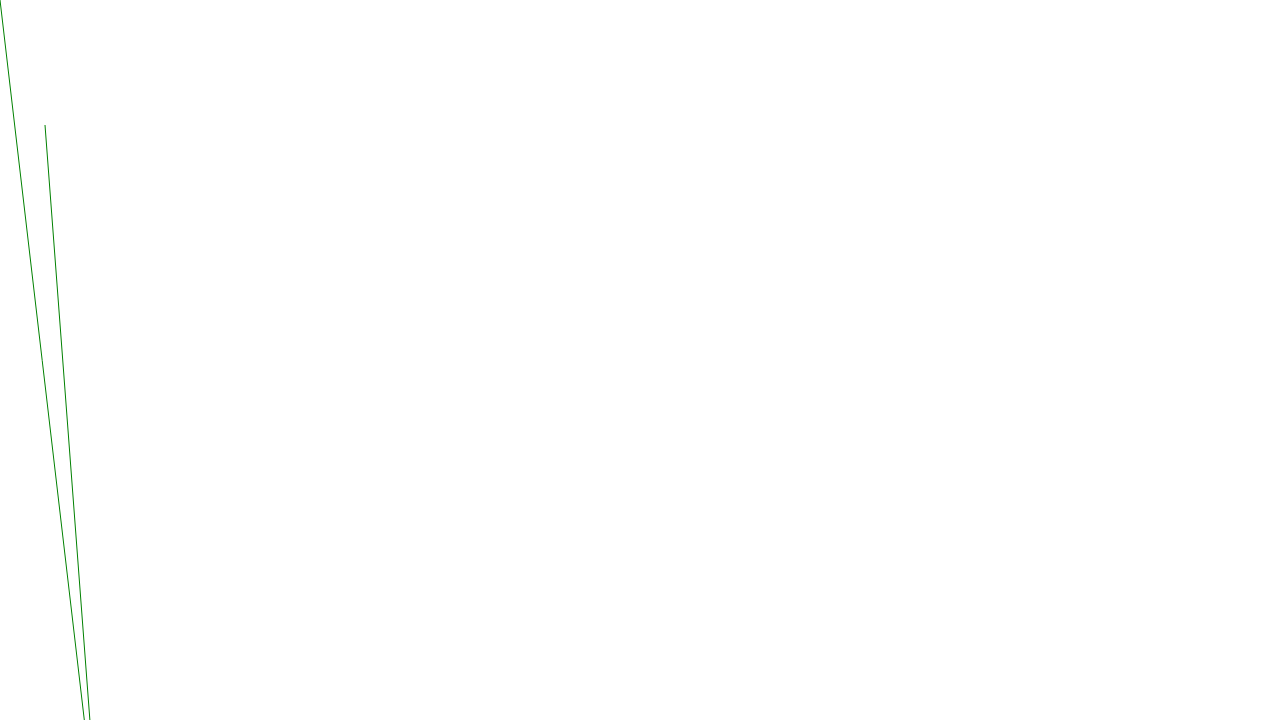
Repository: Lixianlai-2/Canvas-demo
Page: index.html
An editor plug-in stored every save of this project. The page is shown before and after the next save, followed by the edit.
The browser window is 1280 px wide. The pictures show the whole page.

Above is the page before, as saved 2021-12-19 19:25:30.

After the next save:
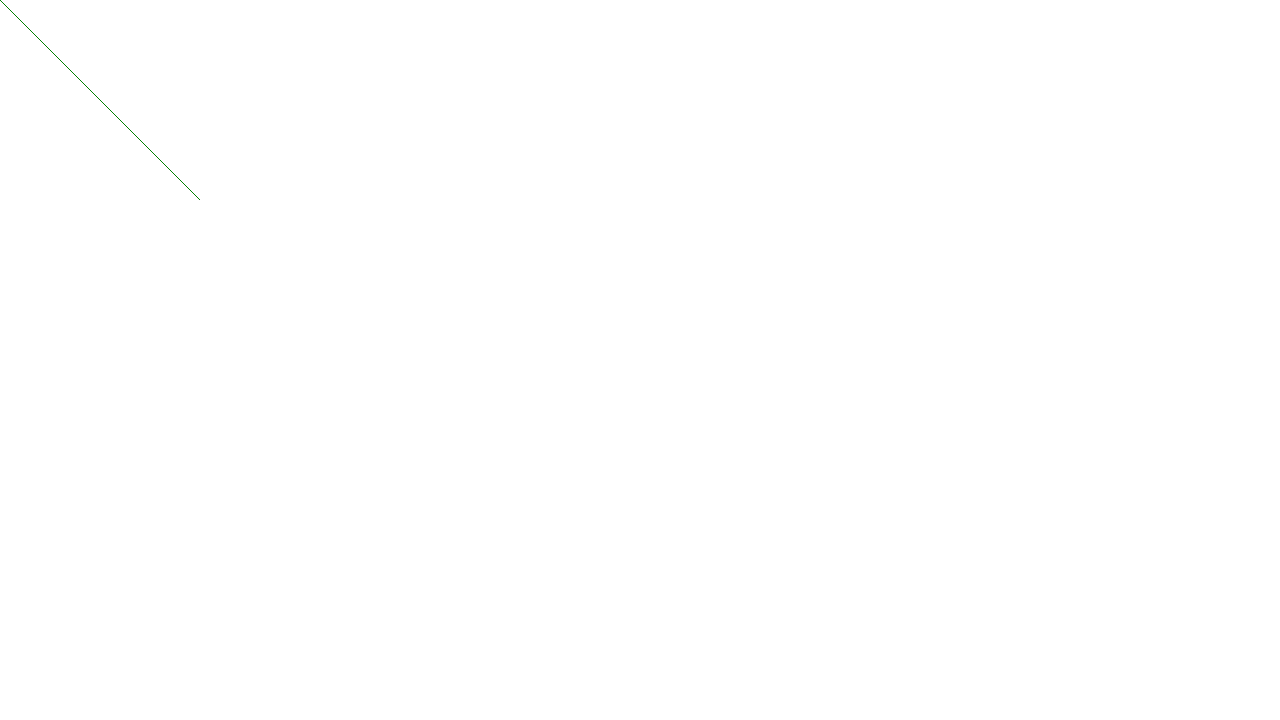
Saved 41 s later.
--- a/main.js
+++ b/main.js
@@ -15,13 +15,13 @@ ctx.beginPath();
 ctx.moveTo(0, 0);
 
 // 终点位置
-ctx.lineTo(100, 854);
+ctx.lineTo(100, 100);
 
 // 第三个点的位置
-ctx.lineTo(45, 125);
+ctx.lineTo(200, 200);
 
-//
-// ctx.closePath();
+//将最后一个点和第一个点连接起来
+ctx.closePath();
 ctx.stroke();
 
 // --------------------------------------------
